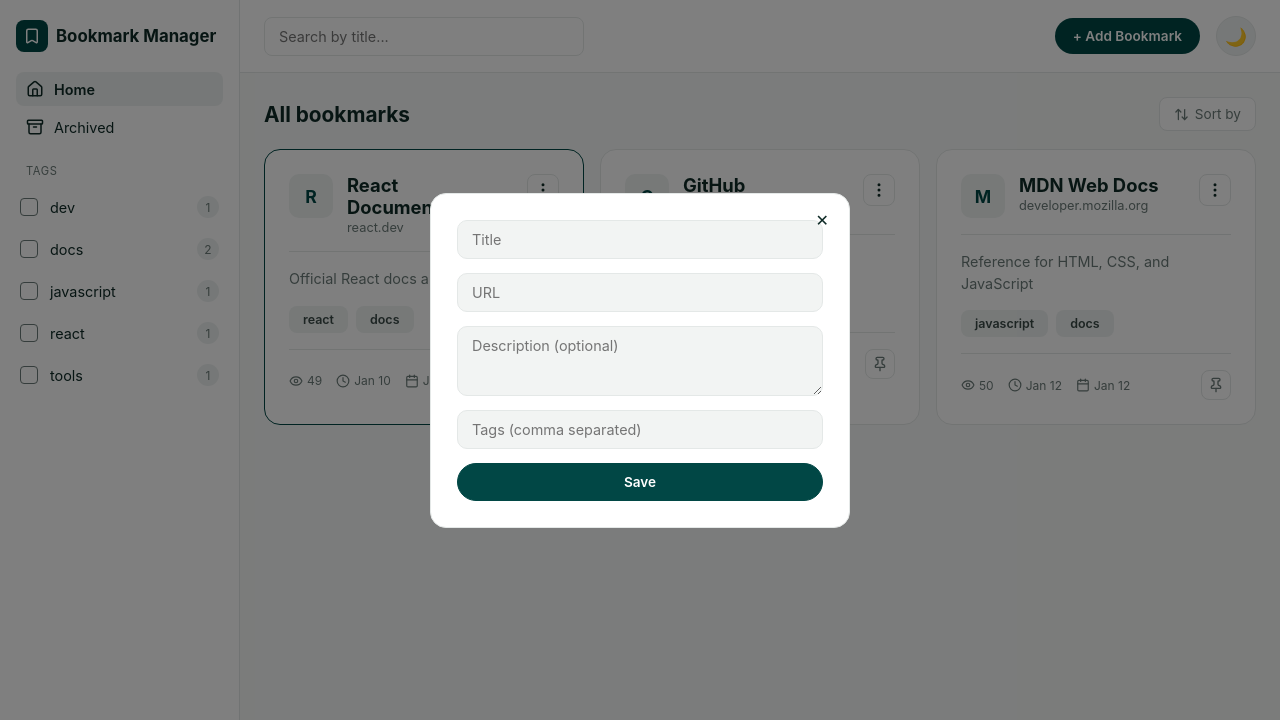
Repository: K0k1M4r/Big-Game-React
Page: /, after clicking the first element matching `button.add-bookmark-btn`
These files come from the project's save history. The page is drawn as it stood at one moment and after the next save; the edit follows.
The browser window is 1280 px wide. The pictures show the whole page.
The project was rebuilt for these pictures with package versions that can differ from the ones it lists, and the page was loaded fresh each time. Also part of the build but not shown: vite.config.js.

Above is the page before, as saved 2026-09-23 20:15:39.

### index.html
<!doctype html>
<html lang="en">
  <head>
    <meta charset="UTF-8" />
    <link rel="icon" type="image/svg+xml" href="/favicon.svg" />
    <meta name="viewport" content="width=device-width, initial-scale=1.0" />
    <title>bookmark-manager</title>
  </head>
  <body>
    <div id="root"></div>
    <script type="module" src="/src/main.jsx"></script>
  </body>
</html>

### src/App.jsx
import { useState, useEffect } from "react";
import Header from "./components/Layout/Header";
import Sidebar from "./components/Layout/Sidebar";
import SortSelect from "./components/SortSelect";
import BookmarkList from "./components/BookmarkList";
import Modal from "./components/Modal";
import BookmarkForm from "./components/BookmarkForm";

function App() {
  const [bookmarks, setBookmarks] = useState([]);
  const [isLoading, setIsLoading] = useState(true);
  const [isModalOpen, setIsModalOpen] = useState(false);
  const [editingBookmark, setEditingBookmark] = useState(null);
  const [currentView, setCurrentView] = useState("all");
  const [searchTerm, setSearchTerm] = useState("");
  const [selectedTag, setSelectedTag] = useState("All");
  const [sortOption, setSortOption] = useState("newest");
  const [isSidebarOpen, setIsSidebarOpen] = useState(false);
  const [theme, setTheme] = useState(
    () => localStorage.getItem("theme") || "light"
  );

  useEffect(() => {
    const stored = localStorage.getItem("bookmarks");

    if (stored) {
      setTimeout(() => {
        setBookmarks(JSON.parse(stored));
        setIsLoading(false);
      }, 800);
    } else {
      fetch("/data/bookmarks.json")
        .then((res) => res.json())
        .then((data) => {
          setTimeout(() => {
            setBookmarks(data);
            setIsLoading(false);
          }, 800);
        })
        .catch((err) => {
          console.error("Failed to load bookmarks:", err);
          setIsLoading(false);
        });
    }
  }, []);

  useEffect(() => {
    if (!isLoading) {
      localStorage.setItem("bookmarks", JSON.stringify(bookmarks));
    }
  }, [bookmarks, isLoading]);

  useEffect(() => {
    localStorage.setItem("theme", theme);
    document.documentElement.setAttribute("data-theme", theme);
  }, [theme]);

  function toggleTheme() {
    setTheme((prev) => (prev === "light" ? "dark" : "light"));
  }

  function handleAddBookmark(newBookmark) {
    setBookmarks((prev) => [...prev, newBookmark]);
    closeModal();
  }

  function handleUpdateBookmark(updatedBookmark) {
    setBookmarks((prev) =>
      prev.map((b) => (b.id === updatedBookmark.id ? updatedBookmark : b))
    );
    closeModal();
  }

  function handleDeleteBookmark(id) {
    const confirmed = window.confirm("Delete this bookmark?");
    if (!confirmed) return;
    setBookmarks((prev) => prev.filter((b) => b.id !== id));
  }

  function handleTogglePin(id) {
    setBookmarks((prev) =>
      prev.map((b) => (b.id === id ? { ...b, pinned: !b.pinned } : b))
    );
  }

  function handleToggleArchive(id) {
    setBookmarks((prev) =>
      prev.map((b) => (b.id === id ? { ...b, archived: !b.archived } : b))
    );
  }

  function openAddModal() {
    setEditingBookmark(null);
    setIsModalOpen(true);
  }

  function openEditModal(bookmark) {
    setEditingBookmark(bookmark);
    setIsModalOpen(true);
  }

  function closeModal() {
    setIsModalOpen(false);
    setEditingBookmark(null);
  }

  function handleChangeView(view) {
    setCurrentView(view);
    setIsSidebarOpen(false);
  }

  function handleSelectTag(tag) {
    setSelectedTag(tag);
    setIsSidebarOpen(false);
  }

  const viewFiltered = bookmarks.filter((b) =>
    currentView === "archived" ? b.archived : !b.archived
  );

  const searchFiltered = viewFiltered.filter((b) => {
    const term = searchTerm.trim().toLowerCase();
    if (!term) return true;
    return (
      b.title.toLowerCase().includes(term) ||
      b.description.toLowerCase().includes(term)
    );
  });

  const tagFiltered = searchFiltered.filter((b) =>
    selectedTag === "All" ? true : b.tags.includes(selectedTag)
  );

  const sorted = [...tagFiltered].sort((a, b) => {
    if (a.pinned !== b.pinned) return a.pinned ? -1 : 1;

    switch (sortOption) {
      case "newest":
        return new Date(b.createdAt) - new Date(a.createdAt);
      case "oldest":
        return new Date(a.createdAt) - new Date(b.createdAt);
      case "az":
        return a.title.localeCompare(b.title);
      case "za":
        return b.title.localeCompare(a.title);
      default:
        return 0;
    }
  });

  const tagCounts = {};
  viewFiltered.forEach((b) => {
    b.tags.forEach((tag) => {
      tagCounts[tag] = (tagCounts[tag] || 0) + 1;
    });
  });
  const tagsWithCounts = Object.keys(tagCounts)
    .sort()
    .map((name) => ({ name, count: tagCounts[name] }));

  const visibleBookmarks = sorted;

  return (
    <div className="app">
      <div className="app-body">
        <Sidebar
          currentView={currentView}
          onChangeView={handleChangeView}
          tags={tagsWithCounts}
          selectedTag={selectedTag}
          onSelectTag={handleSelectTag}
          isOpen={isSidebarOpen}
        />

        <div className="main-column">
          <Header
            theme={theme}
            onToggleTheme={toggleTheme}
            searchTerm={searchTerm}
            onSearchChange={setSearchTerm}
            onAddClick={openAddModal}
            onMenuClick={() => setIsSidebarOpen((prev) => !prev)}
          />

          <main className="app-main">
            <div className="content-header">
              <h2>{currentView === "archived" ? "Archived" : "All bookmarks"}</h2>
              <SortSelect sortOption={sortOption} onSortChange={setSortOption} />
            </div>

            {isLoading ? (
              <p>Loading bookmarks...</p>
            ) : (
              <BookmarkList
                bookmarks={visibleBookmarks}
                onEdit={openEditModal}
                onDelete={handleDeleteBookmark}
                onTogglePin={handleTogglePin}
                onToggleArchive={handleToggleArchive}
                currentView={currentView}
                searchTerm={searchTerm}
              />
            )}
          </main>
        </div>
      </div>

      {isModalOpen && (
        <Modal onClose={closeModal}>
          <BookmarkForm
            key={editingBookmark ? editingBookmark.id : "new"}
            initialData={editingBookmark}
            onSave={editingBookmark ? handleUpdateBookmark : handleAddBookmark}
          />
        </Modal>
      )}
    </div>
  );
}

export default App;

### src/components/Layout/Header.jsx
import SearchBar from "../SearchBar";

function Header({ theme, onToggleTheme, searchTerm, onSearchChange, onAddClick, onMenuClick }) {
  return (
    <header className="app-header">
      <button className="menu-btn" onClick={onMenuClick} aria-label="Toggle menu">
        ☰
      </button>

      <SearchBar searchTerm={searchTerm} onSearchChange={onSearchChange} />

      <button className="add-bookmark-btn" onClick={onAddClick}>
        <span className="add-bookmark-text">+ Add Bookmark</span>
        <span className="add-bookmark-icon">+</span>
      </button>

      <button
        className="theme-avatar-btn"
        onClick={onToggleTheme}
        title="Toggle theme"
      >
        {theme === "light" ? "🌙" : "☀️"}
      </button>
    </header>
  );
}

export default Header;

### src/components/Layout/Sidebar.jsx
import { Bookmark, Home, Archive } from "lucide-react";

function Sidebar({ currentView, onChangeView, tags = [], selectedTag, onSelectTag, isOpen }) {
  return (
    <nav className={`sidebar ${isOpen ? "sidebar-open" : ""}`}>
      <div className="sidebar-logo">
        <span className="logo-icon">
          <Bookmark size={18} />
        </span>
        Bookmark Manager
      </div>

      <button
        className={currentView === "all" ? "active" : ""}
        onClick={() => onChangeView("all")}
      >
        <Home size={18} /> Home
      </button>
      <button
        className={currentView === "archived" ? "active" : ""}
        onClick={() => onChangeView("archived")}
      >
        <Archive size={18} /> Archived
      </button>

      <p className="sidebar-tags-label">Tags</p>

      <div className="sidebar-tags">
        {tags.map(({ name, count }) => (
          <label key={name} className="sidebar-tag">
            <input
              type="checkbox"
              checked={selectedTag === name}
              onChange={() =>
                onSelectTag(selectedTag === name ? "All" : name)
              }
            />
            <span className="tag-name">{name}</span>
            <span className="tag-count">{count}</span>
          </label>
        ))}
      </div>
    </nav>
  );
}

export default Sidebar;

### src/components/SortSelect.jsx
import { useState, useRef, useEffect } from "react";
import { ArrowUpDown } from "lucide-react";

const OPTIONS = [
  { value: "newest", label: "Newest" },
  { value: "oldest", label: "Oldest" },
  { value: "az", label: "A-Z" },
  { value: "za", label: "Z-A" },
];

function SortSelect({ sortOption, onSortChange }) {
  const [open, setOpen] = useState(false);
  const wrapperRef = useRef(null);

  useEffect(() => {
    function handleClickOutside(e) {
      if (wrapperRef.current && !wrapperRef.current.contains(e.target)) {
        setOpen(false);
      }
    }
    document.addEventListener("mousedown", handleClickOutside);
    return () => document.removeEventListener("mousedown", handleClickOutside);
  }, []);

  return (
    <div className="sort-wrapper" ref={wrapperRef}>
      <button
        type="button"
        className="sort-trigger"
        onClick={() => setOpen((prev) => !prev)}
      >
        <ArrowUpDown size={15} />
        Sort by
      </button>

      {open && (
        <div className="sort-dropdown">
          {OPTIONS.map((opt) => (
            <button
              key={opt.value}
              type="button"
              className={opt.value === sortOption ? "active" : ""}
              onClick={() => {
                onSortChange(opt.value);
                setOpen(false);
              }}
            >
              {opt.label}
            </button>
          ))}
        </div>
      )}
    </div>
  );
}

export default SortSelect;

### src/components/BookmarkList.jsx
import BookmarkCard from "./BookmarkCard";

function BookmarkList({ bookmarks, onEdit, onDelete, onTogglePin, onToggleArchive, currentView, searchTerm }) {
  if (bookmarks.length === 0) {
    let message = "No bookmarks yet. Add one to get started!";

    if (searchTerm.trim()) {
      message = `No bookmarks match "${searchTerm}".`;
    } else if (currentView === "archived") {
      message = "No archived bookmarks.";
    }

    return <p className="empty-state">{message}</p>;
  }

  return (
    <div className="bookmark-list">
      {bookmarks.map((bookmark) => (
        <BookmarkCard
          key={bookmark.id}
          bookmark={bookmark}
          onEdit={onEdit}
          onDelete={onDelete}
          onTogglePin={onTogglePin}
          onToggleArchive={onToggleArchive}
        />
      ))}
    </div>
  );
}

export default BookmarkList;

### src/components/Modal.jsx
function Modal({ children, onClose }) {
  return (
    <div className="modal-overlay" onClick={onClose}>
      <div className="modal-content" onClick={(e) => e.stopPropagation()}>
        <button className="modal-close" onClick={onClose} aria-label="Close">
          ✕
        </button>
        {children}
      </div>
    </div>
  );
}

export default Modal;

### src/components/BookmarkForm.jsx
import { useState } from "react";

function BookmarkForm({ onSave, initialData }) {
  const [form, setForm] = useState({
    title: initialData?.title || "",
    url: initialData?.url || "",
    description: initialData?.description || "",
    tags: initialData?.tags.join(", ") || "",
  });

  const [errors, setErrors] = useState({});

  function handleChange(e) {
    const { name, value } = e.target;
    setForm((prev) => ({ ...prev, [name]: value }));
  }

  function isValidUrl(value) {
    try {
      new URL(value);
      return true;
    } catch {
      return false;
    }
  }

  function validate() {
    const newErrors = {};

    if (!form.title.trim()) {
      newErrors.title = "Title is required";
    }

    if (!form.url.trim()) {
      newErrors.url = "URL is required";
    } else if (!isValidUrl(form.url.trim())) {
      newErrors.url = "Please enter a valid URL";
    }

    const tagList = form.tags
      .split(",")
      .map((t) => t.trim())
      .filter(Boolean);

    if (tagList.length === 0) {
      newErrors.tags = "At least one tag is required";
    }

    return { newErrors, tagList };
  }

  function handleSubmit(e) {
    e.preventDefault();

    const { newErrors, tagList } = validate();

    if (Object.keys(newErrors).length > 0) {
      setErrors(newErrors);
      return;
    }

    const bookmarkData = {
      id: initialData ? initialData.id : crypto.randomUUID(),
      title: form.title.trim(),
      url: form.url.trim(),
      description: form.description.trim(),
      tags: tagList,
      pinned: initialData ? initialData.pinned : false,
      archived: initialData ? initialData.archived : false,
      favorite: initialData ? initialData.favorite : false,
      createdAt: initialData ? initialData.createdAt : new Date().toISOString(),
    };

    onSave(bookmarkData);
  }

  return (
    <form className="bookmark-form" onSubmit={handleSubmit}>
      <div className="form-field">
        <input
          type="text"
          name="title"
          placeholder="Title"
          value={form.title}
          onChange={handleChange}
        />
        {errors.title && <span className="error">{errors.title}</span>}
      </div>

      <div className="form-field">
        <input
          type="text"
          name="url"
          placeholder="URL"
          value={form.url}
          onChange={handleChange}
        />
        {errors.url && <span className="error">{errors.url}</span>}
      </div>

      <div className="form-field">
        <textarea
          name="description"
          placeholder="Description (optional)"
          value={form.description}
          onChange={handleChange}
        />
      </div>

      <div className="form-field">
        <input
          type="text"
          name="tags"
          placeholder="Tags (comma separated)"
          value={form.tags}
          onChange={handleChange}
        />
        {errors.tags && <span className="error">{errors.tags}</span>}
      </div>

      <button type="submit">{initialData ? "Save Changes" : "Save"}</button>
    </form>
  );
}

export default BookmarkForm;

### src/components/SearchBar.jsx
function SearchBar({ searchTerm, onSearchChange }) {
  return (
    <input
      type="text"
      placeholder="Search by title..."
      className="search-bar"
      value={searchTerm}
      onChange={(e) => onSearchChange(e.target.value)}
    />
  );
}

export default SearchBar;

### src/components/BookmarkCard.jsx
import { useState, useRef, useEffect } from "react";
import { MoreVertical, Eye, Calendar, Clock, Pin } from "lucide-react";
import TagList from "./TagList";

function getInitial(title) {
  return title.charAt(0).toUpperCase();
}

function formatDate(dateString) {
  const date = new Date(dateString);
  return date.toLocaleDateString("en-US", { day: "numeric", month: "short" });
}

// Not a real analytics number — this app doesn't track views.
// Derived deterministically from the bookmark id so it stays stable
// across renders instead of changing randomly.
function pseudoViewCount(id) {
  let hash = 0;
  for (let i = 0; i < id.length; i++) {
    hash = (hash * 31 + id.charCodeAt(i)) % 1000;
  }
  return Math.abs(hash);
}

function BookmarkCard({ bookmark, onEdit, onDelete, onTogglePin, onToggleArchive }) {
  const [menuOpen, setMenuOpen] = useState(false);
  const menuRef = useRef(null);

  useEffect(() => {
    function handleClickOutside(e) {
      if (menuRef.current && !menuRef.current.contains(e.target)) {
        setMenuOpen(false);
      }
    }
    document.addEventListener("mousedown", handleClickOutside);
    return () => document.removeEventListener("mousedown", handleClickOutside);
  }, []);

  let domain = "";
  try {
    domain = new URL(bookmark.url).hostname.replace("www.", "");
  } catch {
    domain = bookmark.url;
  }

  return (
    <div className={`bookmark-card ${bookmark.pinned ? "pinned" : ""}`}>
      <div className="bookmark-card-header">
        <div className="bookmark-favicon">{getInitial(bookmark.title)}</div>
        <div className="bookmark-title-group">
          <h3>{bookmark.title}</h3>
          <p className="bookmark-domain">{domain}</p>
        </div>

        <div className="card-menu" ref={menuRef}>
          <button
            className="card-menu-btn"
            onClick={() => setMenuOpen((prev) => !prev)}
            aria-label="More actions"
          >
            <MoreVertical size={18} />
          </button>

          {menuOpen && (
            <div className="card-menu-dropdown">
              <button
                onClick={() => {
                  onEdit(bookmark);
                  setMenuOpen(false);
                }}
              >
                Edit
              </button>
              <button
                onClick={() => {
                  onToggleArchive(bookmark.id);
                  setMenuOpen(false);
                }}
              >
                {bookmark.archived ? "Restore" : "Archive"}
              </button>
              <button
                className="menu-delete"
                onClick={() => {
                  onDelete(bookmark.id);
                  setMenuOpen(false);
                }}
              >
                Delete
              </button>
            </div>
          )}
        </div>
      </div>

      <div className="bookmark-divider" />

      <p className="description">{bookmark.description}</p>

      <TagList tags={bookmark.tags} />

      <div className="bookmark-divider" />

      <div className="bookmark-meta">
        <span className="meta-item">
          <Eye size={14} /> {pseudoViewCount(bookmark.id)}
        </span>
        <span className="meta-item">
          <Clock size={14} /> {formatDate(bookmark.createdAt)}
        </span>
        <span className="meta-item">
          <Calendar size={14} /> {formatDate(bookmark.createdAt)}
        </span>

        <button
          className={`pin-icon-btn ${bookmark.pinned ? "active" : ""}`}
          onClick={() => onTogglePin(bookmark.id)}
          aria-label={bookmark.pinned ? "Unpin" : "Pin"}
        >
          <Pin size={16} />
        </button>
      </div>
    </div>
  );
}

export default BookmarkCard;

### src/components/TagList.jsx
function TagList({ tags }) {
  return (
    <ul className="tag-list">
      {tags.map((tag) => (
        <li key={tag} className="tag">{tag}</li>
      ))}
    </ul>
  );
}

export default TagList

Loaded but not shown: src/main.jsx (common file); public/data/bookmarks.json (46 lines, source omitted); src/index.css (706 lines, source omitted)

After the next save:
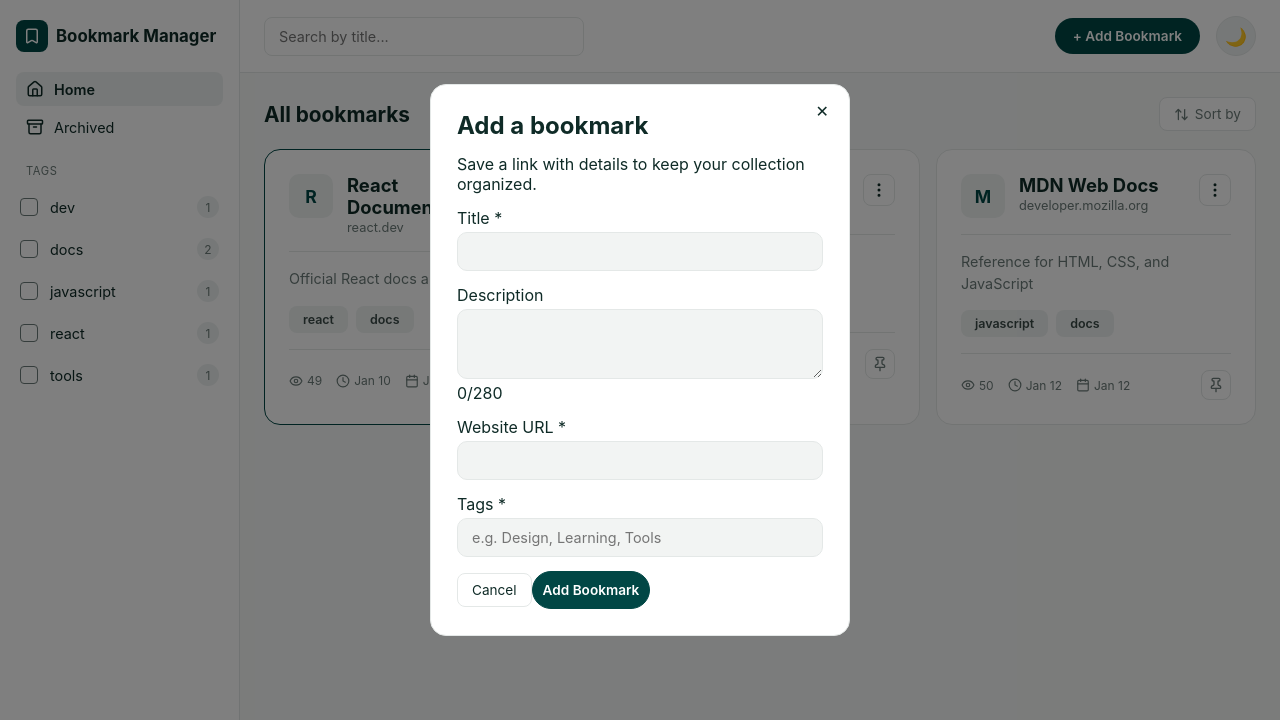
Saved 47 s later.
--- a/src/components/BookmarkForm.jsx
+++ b/src/components/BookmarkForm.jsx
@@ -1,6 +1,8 @@
 import { useState } from "react";
 
-function BookmarkForm({ onSave, initialData }) {
+const DESCRIPTION_MAX = 280;
+
+function BookmarkForm({ onSave, onCancel, initialData }) {
   const [form, setForm] = useState({
     title: initialData?.title || "",
     url: initialData?.url || "",
@@ -12,6 +14,7 @@
 
   function handleChange(e) {
     const { name, value } = e.target;
+    if (name === "description" && value.length > DESCRIPTION_MAX) return;
     setForm((prev) => ({ ...prev, [name]: value }));
   }
 
@@ -76,11 +79,21 @@
 
   return (
     <form className="bookmark-form" onSubmit={handleSubmit}>
+      <h2 className="form-title">
+        {initialData ? "Edit bookmark" : "Add a bookmark"}
+      </h2>
+      <p className="form-subtitle">
+        {initialData
+          ? "Update the details for this bookmark."
+          : "Save a link with details to keep your collection organized."}
+      </p>
+
       <div className="form-field">
+        <label htmlFor="title">Title *</label>
         <input
+          id="title"
           type="text"
           name="title"
-          placeholder="Title"
           value={form.title}
           onChange={handleChange}
         />
@@ -88,10 +101,24 @@
       </div>
 
       <div className="form-field">
+        <label htmlFor="description">Description</label>
+        <textarea
+          id="description"
+          name="description"
+          value={form.description}
+          onChange={handleChange}
+        />
+        <span className="char-count">
+          {form.description.length}/{DESCRIPTION_MAX}
+        </span>
+      </div>
+
+      <div className="form-field">
+        <label htmlFor="url">Website URL *</label>
         <input
+          id="url"
           type="text"
           name="url"
-          placeholder="URL"
           value={form.url}
           onChange={handleChange}
         />
@@ -99,26 +126,26 @@
       </div>
 
       <div className="form-field">
-        <textarea
-          name="description"
-          placeholder="Description (optional)"
-          value={form.description}
-          onChange={handleChange}
-        />
-      </div>
-
-      <div className="form-field">
+        <label htmlFor="tags">Tags *</label>
         <input
+          id="tags"
           type="text"
           name="tags"
-          placeholder="Tags (comma separated)"
+          placeholder="e.g. Design, Learning, Tools"
           value={form.tags}
           onChange={handleChange}
         />
         {errors.tags && <span className="error">{errors.tags}</span>}
       </div>
 
-      <button type="submit">{initialData ? "Save Changes" : "Save"}</button>
+      <div className="form-actions">
+        <button type="button" className="form-cancel" onClick={onCancel}>
+          Cancel
+        </button>
+        <button type="submit" className="form-submit">
+          {initialData ? "Save Changes" : "Add Bookmark"}
+        </button>
+      </div>
     </form>
   );
 }
